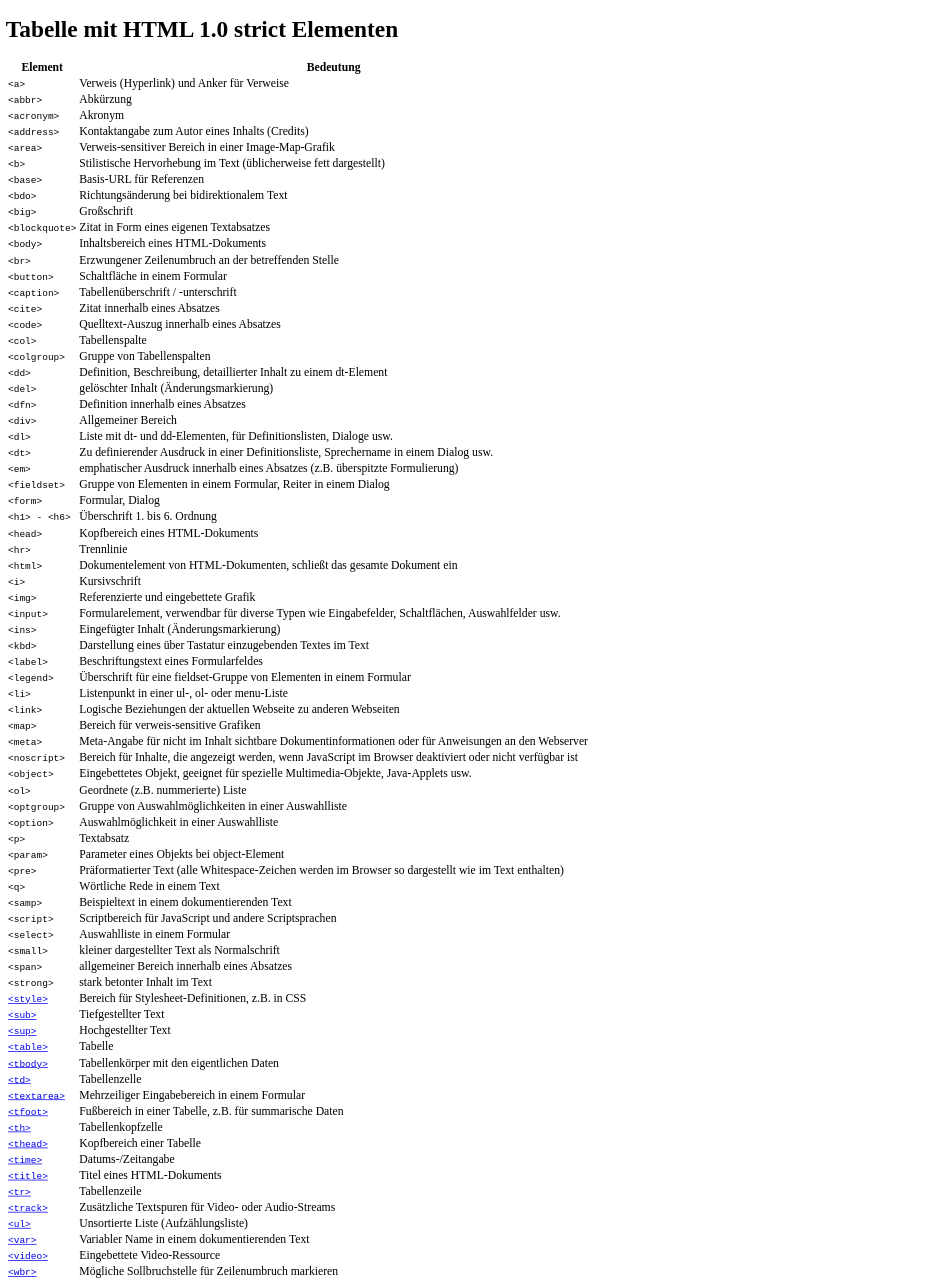
Repository: pLurchi/MyWebengineeringRepo
Page: RemoteSystemsTempFiles/HA-Kapitel06/WebContent/index.html
These files come from the project's save history. The page is drawn as it stood at one moment and after the next save; the edit follows.
The browser window is 1280 px wide. The pictures show the whole page, at 73% of full size.

Above is the page before, as saved 2013-11-28 17:15:53.

### RemoteSystemsTempFiles/HA-Kapitel06/WebContent/index.html
<?xml version="1.0" encoding="UTF-8" ?>
<!DOCTYPE html PUBLIC "-//W3C//DTD XHTML 1.0 Strict//EN" "http://www.w3.org/TR/xhtml1/DTD/xhtml1-strict.dtd">
<html xmlns="http://www.w3.org/1999/xhtml">
<head>
<meta http-equiv="Content-Type" content="text/html; charset=UTF-8" />
<title>HA-Kapitel06</title>
</head>
<body>

	<h1>Tabelle mit HTML 1.0 strict Elementen</h1>

	<table class="wiki-content-table">
		<tr>
			<th>Element</th>
			<th>Bedeutung</th>
		</tr>

		<tr>
			<td><tt>&lt;a&gt;</tt></td>
			<td>Verweis (Hyperlink) und Anker für Verweise</td>
		</tr>
		<tr>
			<td><tt>&lt;abbr&gt;</tt></td>
			<td>Abkürzung</td>
		</tr>
		<tr>
			<td><tt>&lt;acronym&gt;</tt></td>
			<td>Akronym</td>
		</tr>
		<tr>
			<td><tt>&lt;address&gt;</tt></td>
			<td>Kontaktangabe zum Autor eines Inhalts (Credits)</td>
		</tr>
		<tr>
			<td><tt>&lt;area&gt;</tt></td>
			<td>Verweis-sensitiver Bereich in einer Image-Map-Grafik</td>
		</tr>
		<tr>
			<td><tt>&lt;b&gt;</tt></td>
			<td>Stilistische Hervorhebung im Text (üblicherweise fett dargestellt)</td>
		</tr>
		<tr>
			<td><tt>&lt;base&gt;</tt></td>
			<td>Basis-URL für Referenzen</td>
		</tr>
		<tr>
			<td><tt>&lt;bdo&gt;</tt></td>
			<td>Richtungsänderung bei bidirektionalem Text</td>
		</tr>
		<tr>
			<td><tt>&lt;big&gt;</tt></td>
			<td>Großschrift</td>
		</tr>
		<tr>
			<td><tt>&lt;blockquote&gt;</tt></td>
			<td>Zitat in Form eines eigenen Textabsatzes</td>
		</tr>
		<tr>
			<td><tt>&lt;body&gt;</tt></td>
			<td>Inhaltsbereich eines HTML-Dokuments</td>
		</tr>
		<tr>
			<td><tt>&lt;br&gt;</tt></td>
			<td>Erzwungener Zeilenumbruch an der betreffenden Stelle</td>
		</tr>
		<tr>
			<td><tt>&lt;button&gt;</tt></td>
			<td>Schaltfläche in einem Formular</td>
		</tr>
		<tr>
			<td><tt>&lt;caption&gt;</tt></td>
			<td>Tabellenüberschrift / -unterschrift</td>
		</tr>
		<tr>
			<td><tt>&lt;cite&gt;</tt></td>
			<td>Zitat innerhalb eines Absatzes</td>
		</tr>
		<tr>
			<td><tt>&lt;code&gt;</tt></td>
			<td>Quelltext-Auszug innerhalb eines Absatzes</td>
		</tr>
		<tr>
			<td><tt>&lt;col&gt;</tt></td>
			<td>Tabellenspalte</td>
		</tr>
		<tr>
			<td><tt>&lt;colgroup&gt;</tt></td>
			<td>Gruppe von Tabellenspalten</td>
		</tr>
		<tr>
			<td><tt>&lt;dd&gt;</tt></td>
			<td>Definition, Beschreibung, detaillierter Inhalt zu einem dt-Element</td>
		</tr>
		<tr>
			<td><tt>&lt;del&gt;</tt></td>
			<td>gelöschter Inhalt (Änderungsmarkierung)</td>
		</tr>
		<tr>
			<td><tt>&lt;dfn&gt;</tt></td>
			<td>Definition innerhalb eines Absatzes</td>
		</tr>
		<tr>
			<td><tt>&lt;div&gt;</tt></td>
			<td>Allgemeiner Bereich</td>
		</tr>
		<tr>
			<td><tt>&lt;dl&gt;</tt></td>
			<td>Liste mit dt- und dd-Elementen, für Definitionslisten, Dialoge usw.</td>
		</tr>
		<tr>
			<td><tt>&lt;dt&gt;</tt></td>
			<td>Zu definierender Ausdruck in einer Definitionsliste, Sprechername in einem Dialog usw.</td>
		</tr>
		<tr>
			<td><tt>&lt;em&gt;</tt></td>
			<td>emphatischer Ausdruck innerhalb eines Absatzes (z.B. überspitzte Formulierung)</td>
		</tr>
		<tr>
			<td><tt>&lt;fieldset&gt;</tt></td>
			<td>Gruppe von Elementen in einem Formular, Reiter in einem Dialog</td>
		</tr>
		<tr>
			<td><tt>&lt;form&gt;</tt></td>
			<td>Formular, Dialog</td>
		</tr>
		<tr>
			<td><tt>&lt;h1&gt; - &lt;h6&gt;</tt></td>
		<td>Überschrift 1. bis 6. Ordnung</td>
		</tr>
		<tr>
			<td><tt>&lt;head&gt;</tt></td>
			<td>Kopfbereich eines HTML-Dokuments</td>
		</tr>
		<tr>
			<td><tt>&lt;hr&gt;</tt></td>
			<td>Trennlinie</td>
		</tr>
		<tr>
			<td><tt>&lt;html&gt;</tt></td>
			<td>Dokumentelement von HTML-Dokumenten, schließt das gesamte Dokument ein</td>
		</tr>
		<tr>
			<td><tt>&lt;i&gt;</tt></td>
			<td>Kursivschrift</td>
		</tr>
		<tr>
			<td><tt>&lt;img&gt;</tt></td>
			<td>Referenzierte und eingebettete Grafik</td>
		</tr>
		<tr>
			<td><tt>&lt;input&gt;</tt></td>
			<td>Formularelement, verwendbar für diverse Typen wie Eingabefelder, Schaltflächen, Auswahlfelder usw.</td>
		</tr>
		<tr>
			<td><tt>&lt;ins&gt;</tt></td>
			<td>Eingefügter Inhalt (Änderungsmarkierung)</td>
		</tr>
		<tr>
			<td><tt>&lt;kbd&gt;</tt></td>
			<td>Darstellung eines über Tastatur einzugebenden Textes im Text</td>
		</tr>
		<tr>
			<td><tt>&lt;label&gt;</tt></td>
			<td>Beschriftungstext eines Formularfeldes</td>
		</tr>
		<tr>
			<td><tt>&lt;legend&gt;</tt></td>
			<td>Überschrift für eine fieldset-Gruppe von Elementen in einem Formular</td>
		</tr>
		<tr>
			<td><tt>&lt;li&gt;</tt></td>
			<td>Listenpunkt in einer ul-, ol- oder menu-Liste</td>
		</tr>
		<tr>
			<td><tt>&lt;link&gt;</tt></td>
			<td>Logische Beziehungen der aktuellen Webseite zu anderen Webseiten</td>
		</tr>
		<tr>
			<td><tt>&lt;map&gt;</tt></td>
			<td>Bereich für verweis-sensitive Grafiken</td>
		</tr>
		<tr>
			<td><tt>&lt;meta&gt;</tt></td>
			<td>Meta-Angabe für nicht im Inhalt sichtbare Dokumentinformationen oder für Anweisungen an den Webserver</td>
		</tr>
		<tr>
			<td><tt>&lt;noscript&gt;</tt></td>
			<td>Bereich für Inhalte, die angezeigt werden, wenn JavaScript im Browser deaktiviert oder nicht verfügbar ist</td>
		</tr>
		<tr>
			<td><tt>&lt;object&gt;</tt></td>
			<td>Eingebettetes Objekt, geeignet für spezielle Multimedia-Objekte, Java-Applets usw.</td>
		</tr>
		<tr>
			<td><tt>&lt;ol&gt;</tt></td>
			<td>Geordnete (z.B. nummerierte) Liste</td>
		</tr>
		<tr>
			<td><tt>&lt;optgroup&gt;</tt></td>
			<td>Gruppe von Auswahlmöglichkeiten in einer Auswahlliste</td>
		</tr>
		<tr>
			<td><tt>&lt;option&gt;</tt></td>
			<td>Auswahlmöglichkeit in einer Auswahlliste</td>
		</tr>
		<tr>
			<td><tt>&lt;p&gt;</tt></td>
			<td>Textabsatz</td>
		</tr>
		<tr>
			<td><tt>&lt;param&gt;</tt></td>
			<td>Parameter eines Objekts bei object-Element</td>
		</tr>
		<tr>
			<td><tt>&lt;pre&gt;</tt></td>
			<td>Präformatierter Text (alle Whitespace-Zeichen werden im Browser so dargestellt wie im Text enthalten)</td>
		</tr>
		<tr>
			<td><tt>&lt;q&gt;</tt></td>
			<td>Wörtliche Rede in einem Text</td>
		</tr>
		<tr>
			<td><tt>&lt;samp&gt;</tt></td>
			<td>Beispieltext in einem dokumentierenden Text</td>
		</tr>
		<tr>
			<td><tt>&lt;script&gt;</tt></td>
			<td>Scriptbereich für JavaScript und andere Scriptsprachen</td>
		</tr>
		<tr>
			<td><tt>&lt;select&gt;</tt></td>
			<td>Auswahlliste in einem Formular</td>
		</tr>
		<tr>
			<td><tt>&lt;small&gt;</tt></td>
			<td>kleiner dargestellter Text als Normalschrift</td>
		</tr>
		<tr>
			<td><tt>&lt;span&gt;</tt></td>
			<td>allgemeiner Bereich innerhalb eines Absatzes</td>
		</tr>
		<tr>
			<td><tt>&lt;strong&gt;</tt></td>
			<td>stark betonter Inhalt im Text</td>
		</tr>
<tr>
<td><tt><a href="/html-handbuch:html-elementreferenz-style">&lt;style&gt;</a></tt></td>
<td>Bereich für Stylesheet-Definitionen, z.B. in CSS</td>
</tr>
<tr>
<td><tt><a href="/html-handbuch:html-elementreferenz-sub">&lt;sub&gt;</a></tt></td>
<td>Tiefgestellter Text</td>
</tr>
<tr>
<td><tt><a href="/html-handbuch:html-elementreferenz-sup">&lt;sup&gt;</a></tt></td>
<td>Hochgestellter Text</td>
</tr>
<tr>
<td><tt><a href="/html-handbuch:html-elementreferenz-table">&lt;table&gt;</a></tt></td>
<td>Tabelle</td>
</tr>
<tr>
<td><tt><a href="/html-handbuch:html-elementreferenz-tbody">&lt;tbody&gt;</a></tt></td>
<td>Tabellenkörper mit den eigentlichen Daten</td>
</tr>
<tr>
<td><tt><a href="/html-handbuch:html-elementreferenz-td">&lt;td&gt;</a></tt></td>
<td>Tabellenzelle</td>
</tr>
<tr>
<td><tt><a href="/html-handbuch:html-elementreferenz-textarea">&lt;textarea&gt;</a></tt></td>
<td>Mehrzeiliger Eingabebereich in einem Formular</td>
</tr>
<tr>
<td><tt><a href="/html-handbuch:html-elementreferenz-tfoot">&lt;tfoot&gt;</a></tt></td>
<td>Fußbereich in einer Tabelle, z.B. für summarische Daten</td>
</tr>
<tr>
<td><tt><a href="/html-handbuch:html-elementreferenz-th">&lt;th&gt;</a></tt></td>
<td>Tabellenkopfzelle</td>
</tr>
<tr>
<td><tt><a href="/html-handbuch:html-elementreferenz-thead">&lt;thead&gt;</a></tt></td>
<td>Kopfbereich einer Tabelle</td>
</tr>
<tr>
<td><tt><a href="/html-handbuch:html-elementreferenz-time">&lt;time&gt;</a></tt></td>
<td>Datums-/Zeitangabe</td>
</tr>
<tr>
<td><tt><a href="/html-handbuch:html-elementreferenz-title">&lt;title&gt;</a></tt></td>
<td>Titel eines HTML-Dokuments</td>
</tr>
<tr>
<td><tt><a href="/html-handbuch:html-elementreferenz-tr">&lt;tr&gt;</a></tt></td>
<td>Tabellenzeile</td>
</tr>
<tr>
<td><tt><a class="newpage" href="/html-handbuch:html-elementreferenz-track">&lt;track&gt;</a></tt></td>
<td>Zusätzliche Textspuren für Video- oder Audio-Streams</td>
</tr>
<tr>
<td><tt><a href="/html-handbuch:html-elementreferenz-ul">&lt;ul&gt;</a></tt></td>
<td>Unsortierte Liste (Aufzählungsliste)</td>
</tr>
<tr>
<td><tt><a href="/html-handbuch:html-elementreferenz-var">&lt;var&gt;</a></tt></td>
<td>Variabler Name in einem dokumentierenden Text</td>
</tr>
<tr>
<td><tt><a href="/html-handbuch:html-elementreferenz-video">&lt;video&gt;</a></tt></td>
<td>Eingebettete Video-Ressource</td>
</tr>
<tr>
<td><tt><a class="newpage" href="/html-handbuch:html-elementreferenz-wbr">&lt;wbr&gt;</a></tt></td>
<td>Mögliche Sollbruchstelle für Zeilenumbruch markieren</td>
</tr>
</table>


</body>
</html>

After the next save:
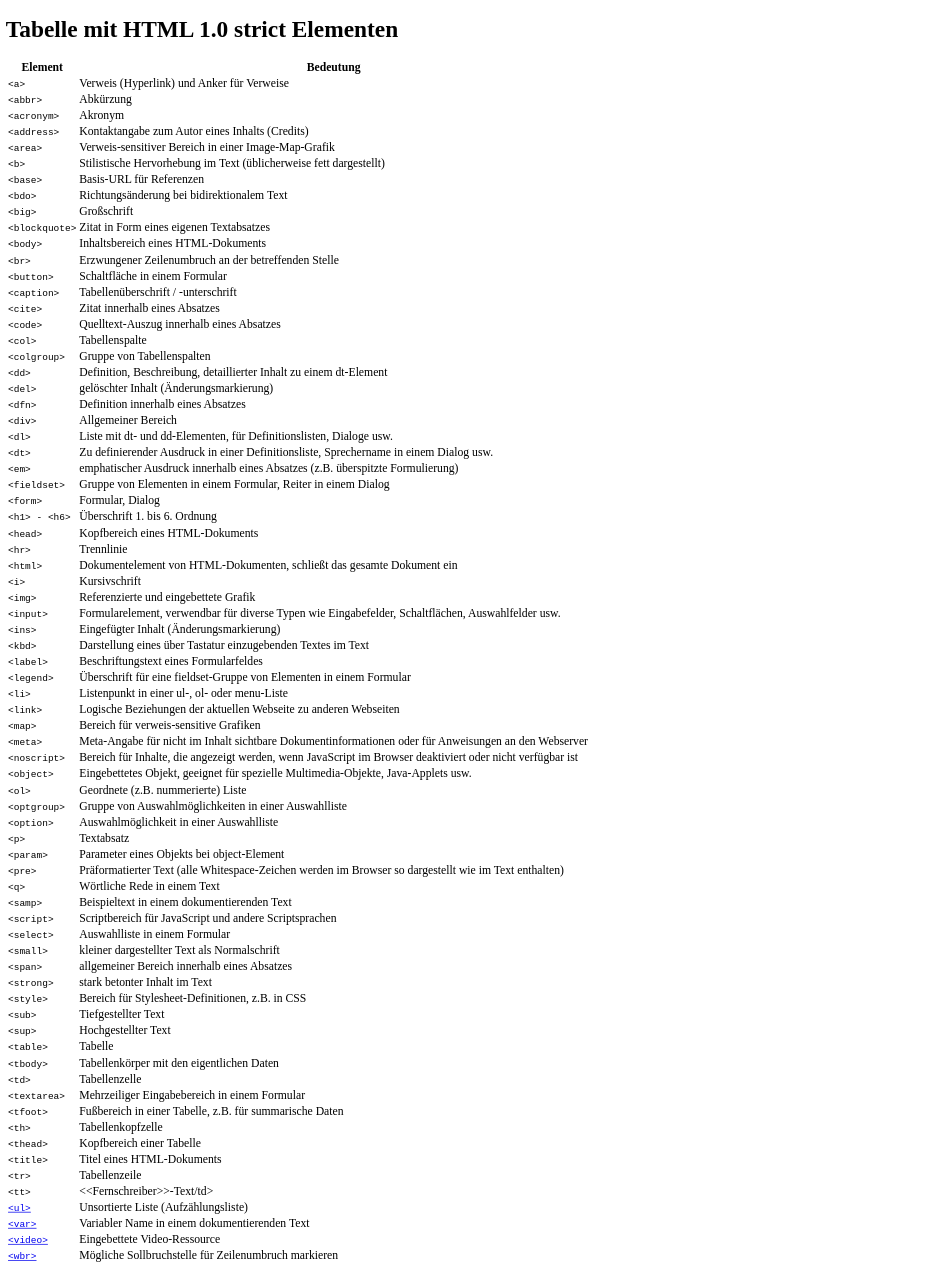
Saved 3 min 55 s later.
--- a/RemoteSystemsTempFiles/HA-Kapitel06/WebContent/index.html
+++ b/RemoteSystemsTempFiles/HA-Kapitel06/WebContent/index.html
@@ -243,62 +243,58 @@
 			<td><tt>&lt;strong&gt;</tt></td>
 			<td>stark betonter Inhalt im Text</td>
 		</tr>
-<tr>
-<td><tt><a href="/html-handbuch:html-elementreferenz-style">&lt;style&gt;</a></tt></td>
-<td>Bereich für Stylesheet-Definitionen, z.B. in CSS</td>
-</tr>
-<tr>
-<td><tt><a href="/html-handbuch:html-elementreferenz-sub">&lt;sub&gt;</a></tt></td>
-<td>Tiefgestellter Text</td>
-</tr>
-<tr>
-<td><tt><a href="/html-handbuch:html-elementreferenz-sup">&lt;sup&gt;</a></tt></td>
-<td>Hochgestellter Text</td>
-</tr>
-<tr>
-<td><tt><a href="/html-handbuch:html-elementreferenz-table">&lt;table&gt;</a></tt></td>
-<td>Tabelle</td>
-</tr>
-<tr>
-<td><tt><a href="/html-handbuch:html-elementreferenz-tbody">&lt;tbody&gt;</a></tt></td>
-<td>Tabellenkörper mit den eigentlichen Daten</td>
-</tr>
-<tr>
-<td><tt><a href="/html-handbuch:html-elementreferenz-td">&lt;td&gt;</a></tt></td>
-<td>Tabellenzelle</td>
-</tr>
-<tr>
-<td><tt><a href="/html-handbuch:html-elementreferenz-textarea">&lt;textarea&gt;</a></tt></td>
-<td>Mehrzeiliger Eingabebereich in einem Formular</td>
-</tr>
-<tr>
-<td><tt><a href="/html-handbuch:html-elementreferenz-tfoot">&lt;tfoot&gt;</a></tt></td>
-<td>Fußbereich in einer Tabelle, z.B. für summarische Daten</td>
-</tr>
-<tr>
-<td><tt><a href="/html-handbuch:html-elementreferenz-th">&lt;th&gt;</a></tt></td>
-<td>Tabellenkopfzelle</td>
-</tr>
-<tr>
-<td><tt><a href="/html-handbuch:html-elementreferenz-thead">&lt;thead&gt;</a></tt></td>
-<td>Kopfbereich einer Tabelle</td>
-</tr>
-<tr>
-<td><tt><a href="/html-handbuch:html-elementreferenz-time">&lt;time&gt;</a></tt></td>
-<td>Datums-/Zeitangabe</td>
-</tr>
-<tr>
-<td><tt><a href="/html-handbuch:html-elementreferenz-title">&lt;title&gt;</a></tt></td>
-<td>Titel eines HTML-Dokuments</td>
-</tr>
-<tr>
-<td><tt><a href="/html-handbuch:html-elementreferenz-tr">&lt;tr&gt;</a></tt></td>
-<td>Tabellenzeile</td>
-</tr>
-<tr>
-<td><tt><a class="newpage" href="/html-handbuch:html-elementreferenz-track">&lt;track&gt;</a></tt></td>
-<td>Zusätzliche Textspuren für Video- oder Audio-Streams</td>
-</tr>
+		<tr>
+			<td><tt>&lt;style&gt;</tt></td>
+			<td>Bereich für Stylesheet-Definitionen, z.B. in CSS</td>
+		</tr>
+		<tr>
+			<td><tt>&lt;sub&gt;</tt></td>
+			<td>Tiefgestellter Text</td>
+		</tr>
+		<tr>
+			<td><tt>&lt;sup&gt;</tt></td>
+			<td>Hochgestellter Text</td>
+		</tr>
+		<tr>
+			<td><tt>&lt;table&gt;</tt></td>
+			<td>Tabelle</td>
+		</tr>
+		<tr>
+			<td><tt>&lt;tbody&gt;</tt></td>
+			<td>Tabellenkörper mit den eigentlichen Daten</td>
+		</tr>
+		<tr>
+			<td><tt>&lt;td&gt;</tt></td>
+			<td>Tabellenzelle</td>
+		</tr>
+		<tr>
+			<td><tt>&lt;textarea&gt;</tt></td>
+			<td>Mehrzeiliger Eingabebereich in einem Formular</td>
+		</tr>
+		<tr>
+			<td><tt>&lt;tfoot&gt;</tt></td>
+			<td>Fußbereich in einer Tabelle, z.B. für summarische Daten</td>
+		</tr>
+		<tr>
+			<td><tt>&lt;th&gt;</tt></td>
+			<td>Tabellenkopfzelle</td>
+		</tr>
+		<tr>
+			<td><tt>&lt;thead&gt;</tt></td>
+			<td>Kopfbereich einer Tabelle</td>
+		</tr>
+		<tr>
+			<td><tt>&lt;title&gt;</tt></td>
+			<td>Titel eines HTML-Dokuments</td>
+		</tr>
+		<tr>
+			<td><tt>&lt;tr&gt;</tt></td>
+			<td>Tabellenzeile</td>
+		</tr>
+		<tr>
+			<td><tt>&lt;tt&gt;</tt></td>
+			<td>&lt;&lt;Fernschreiber&gt;&gt;-Text/td>
+		</tr>
 <tr>
 <td><tt><a href="/html-handbuch:html-elementreferenz-ul">&lt;ul&gt;</a></tt></td>
 <td>Unsortierte Liste (Aufzählungsliste)</td>
